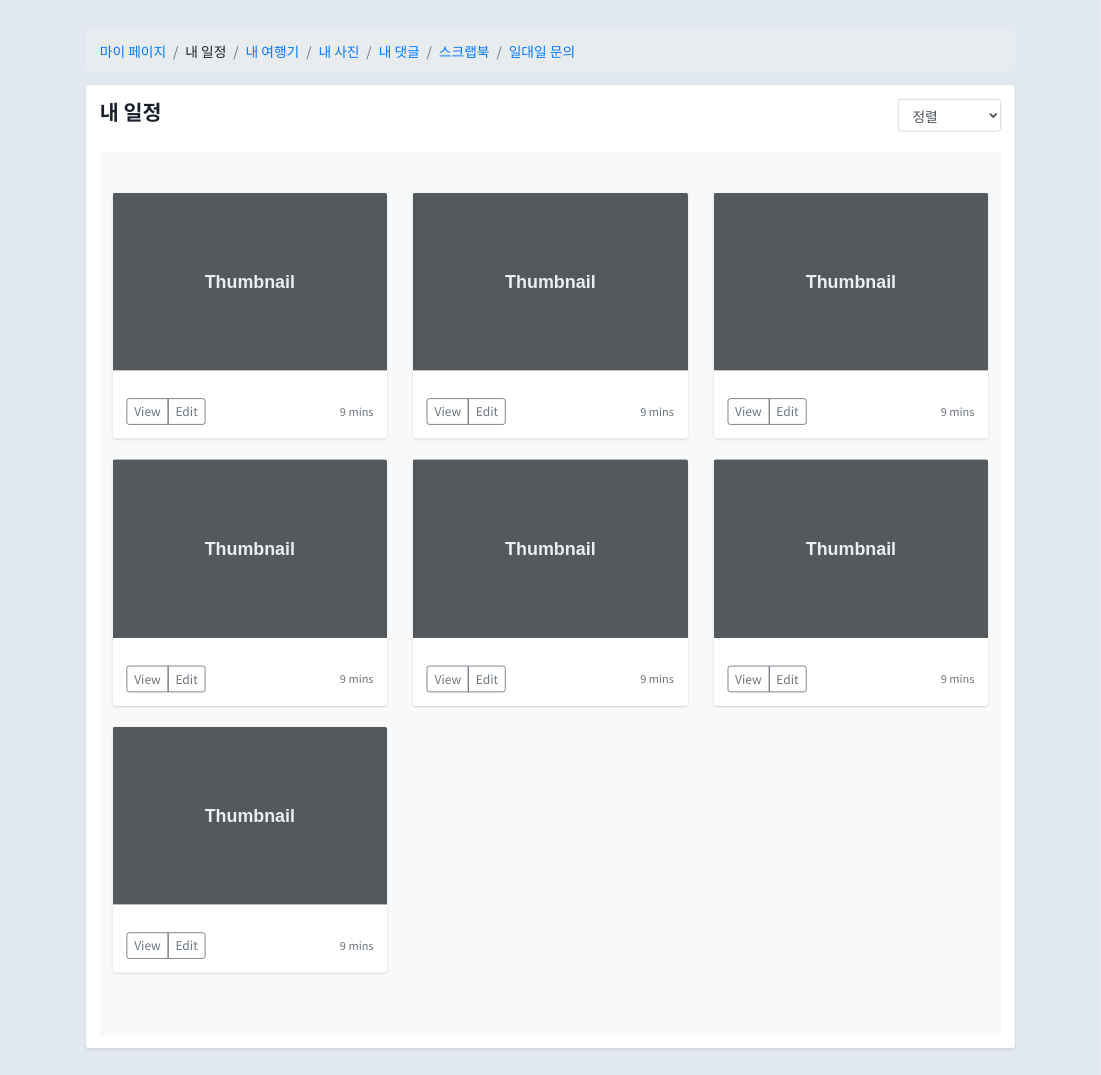
Repository: jangseohyun/LEGGO_2021
Page: http://localhost/PrjApp/MyTrip.jsp
An editor plug-in stored every save of this project. The page is shown before and after the next save, followed by the edit.
The browser window is 1280 px wide. The pictures show the whole page, at 86% of full size.
Some web libraries are served in a nearby version. The page is served by Tomcat 9.

Above is the page before, as saved 2021-06-30 13:28:59.

After the next save:
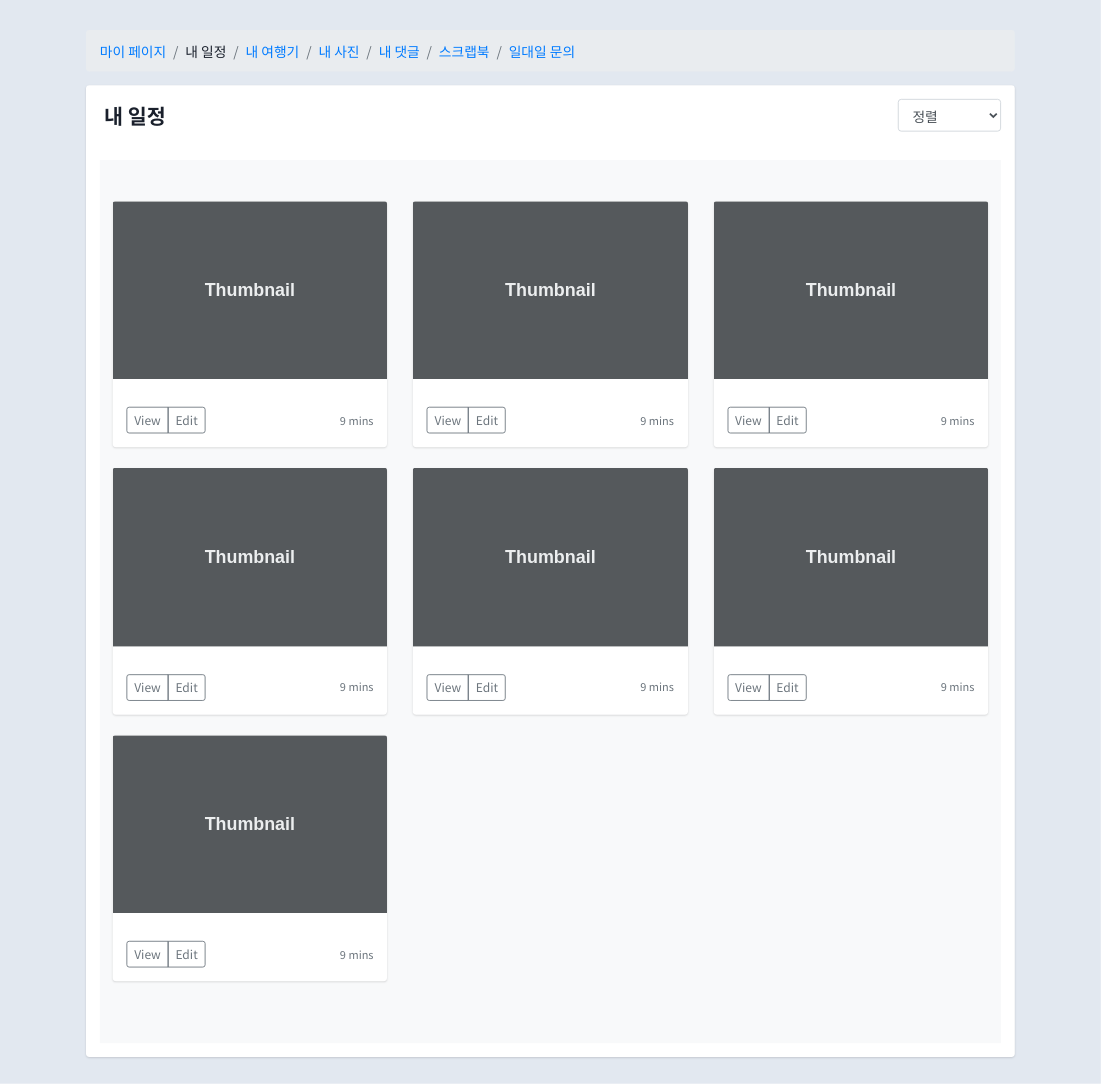
Saved 21 s later.
--- a/PrjApp/WebContent/MyTrip.jsp
+++ b/PrjApp/WebContent/MyTrip.jsp
@@ -71,7 +71,7 @@ String cp = request.getContextPath();
 			<!-- 일정 -->
 			<div class="card mb-3">
 				<div class="card-body">
-					<h4 style="font-weight: bold; display: inline-block;">내 일정</h4>
+					<h4 style="font-weight: bold; display: inline-block; padding: 5px;">내 일정</h4>
 
 					<select class="form-control" style="display: inline-block; float: right; width: 120px;">
 						<option>정렬</option>
